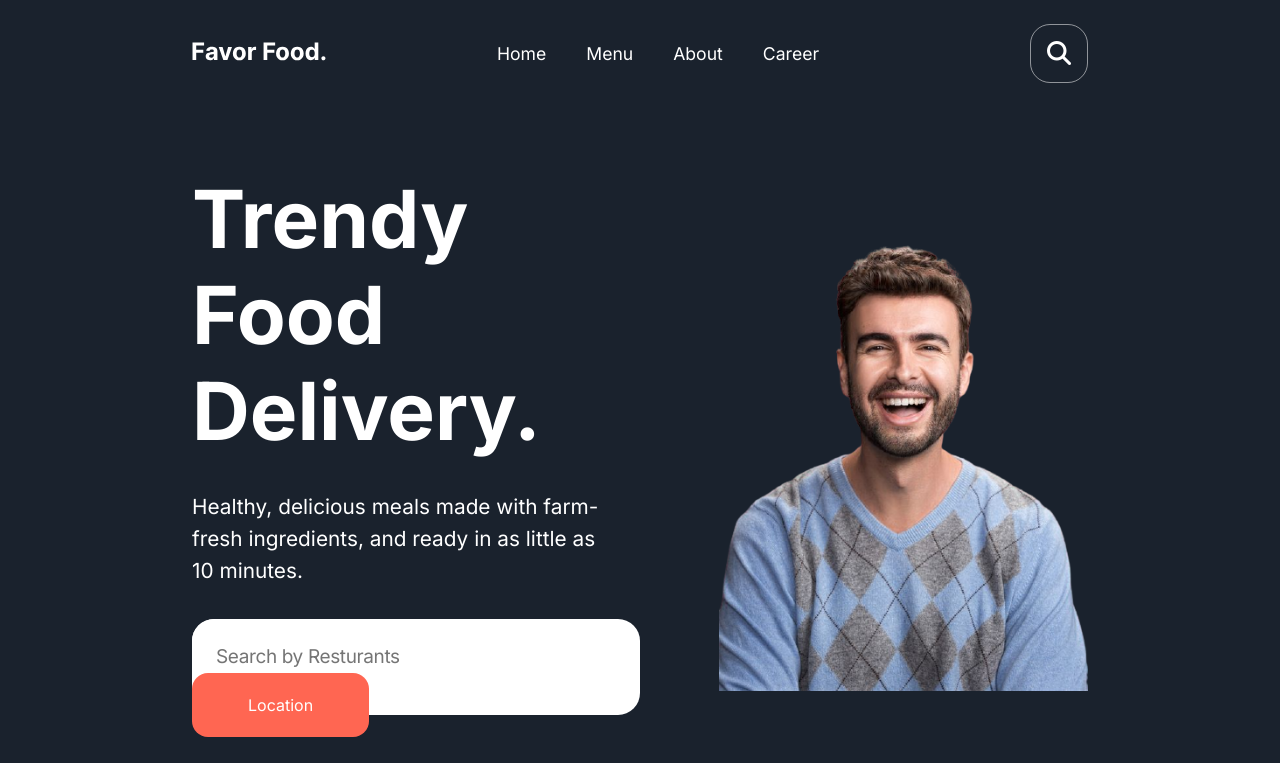
Repository: badhon252/favor-food
Page: index.html
The author's editor kept a copy of each file at every save. The page is drawn from the files as they stood at one save, then again after the next save.
The browser window is 1280 px wide. The pictures show the whole page.
The style sheet was rebuilt from its Sass, Less or Tailwind sources for each picture, by a compiler version that may differ from the author's.

Above is the page before, as saved 2022-09-10 16:21:55.

After the next save:
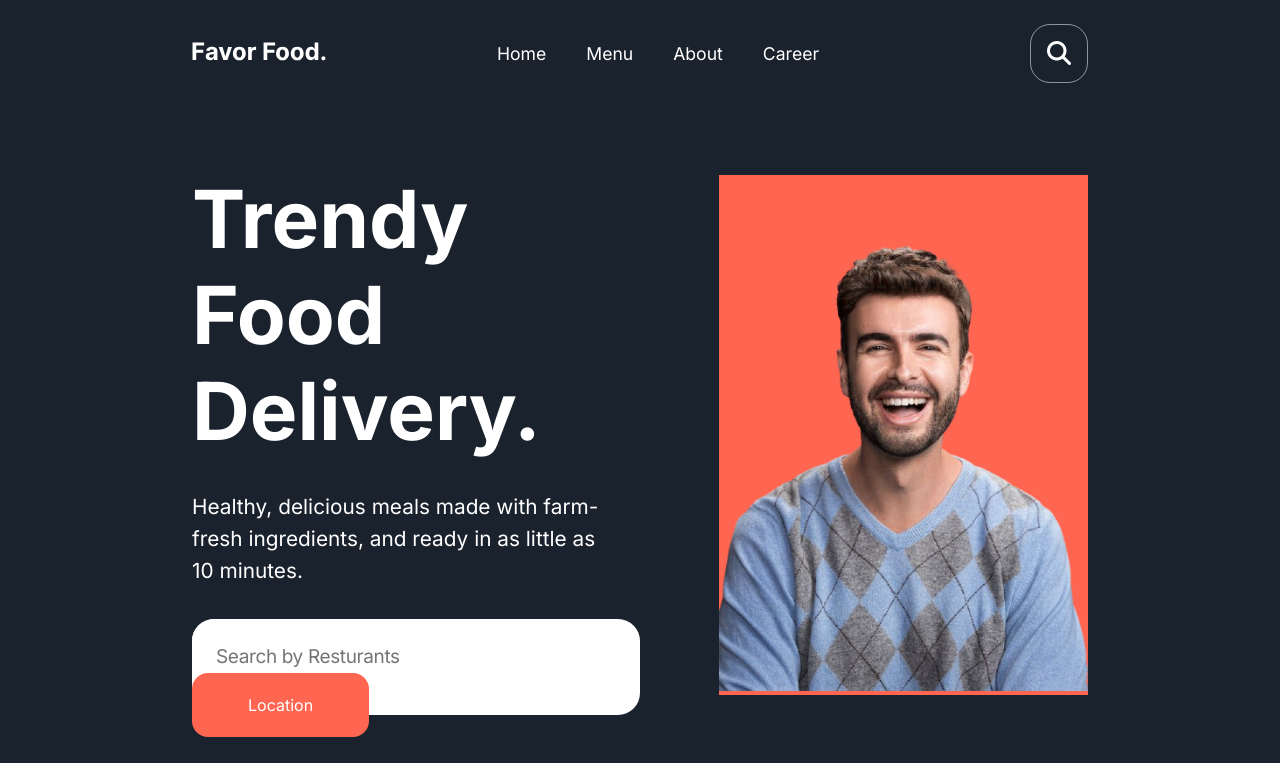
Saved 46 s later.
--- a/scss/style.scss
+++ b/scss/style.scss
@@ -112,5 +112,9 @@ header {
         cursor: pointer;
       }
     }
+
+    .card {
+      background-color: #ff6652;
+    }
   }
 }
